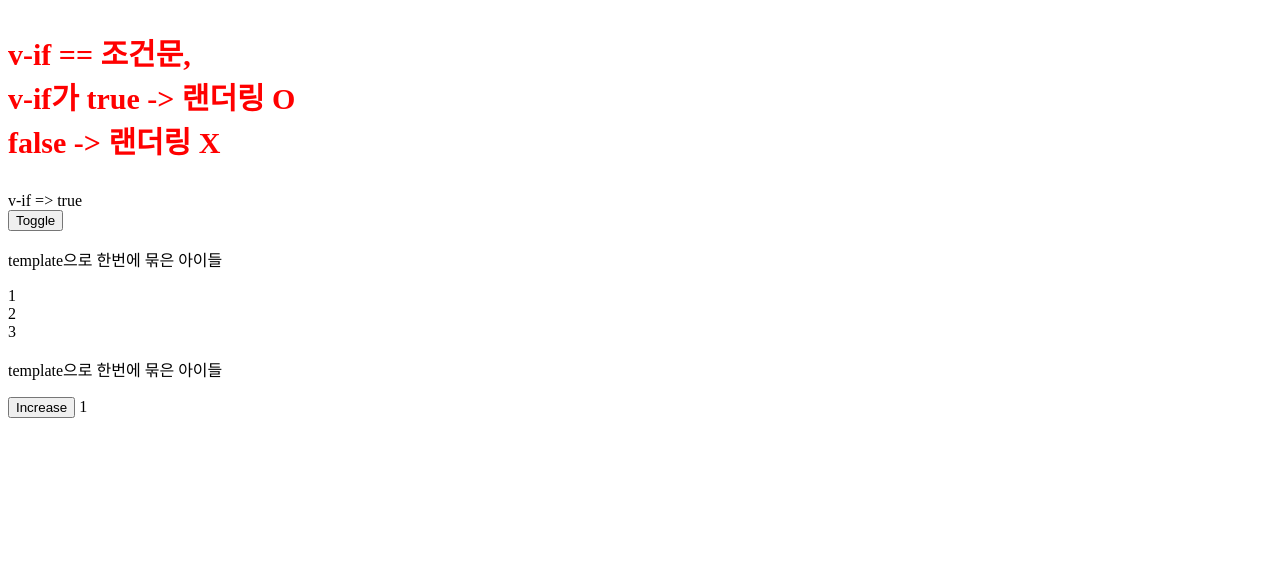
Repository: RyuGeunHwan/code_J
Page: Vuejs/22-08-10 vuejs v-if and v-show.html
These files come from the project's save history. The page is drawn as it stood at one moment and after the next save; the edit follows.
The browser window is 1280 px wide. The pictures show the whole page.

Above is the page before, as saved 2022-08-10 09:47:37.

After the next save:
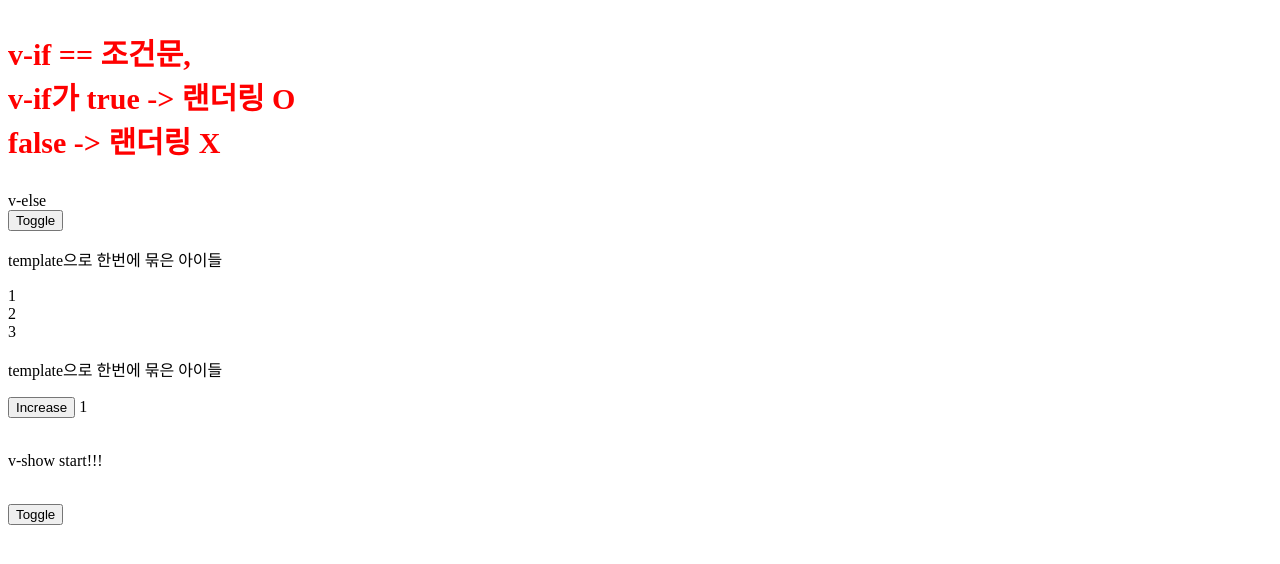
Saved 2 min 7 s later.
--- a/Vuejs/22-08-10 vuejs v-if and v-show.html
+++ b/Vuejs/22-08-10 vuejs v-if and v-show.html
@@ -27,12 +27,23 @@
         <div v-else-if="number === 2">number 2</div>
         <div v-else>No</div>
         <button @click="increaseNumber">Increase</button> {{number}}
+
+
+
+
+
+        <br>
+        <br>
+        <p>v-show start!!!</p>
+        <div v-show="show">Yes</div>
+        <br>
+        <button @click="toggle">Toggle</button>
     </div>
     <script>
         new Vue({
             el: '#app',
             data:{
-                show: true,
+                show: false,
                 number: 1,
                 styleObject:{
                     fontSize: '30px',
